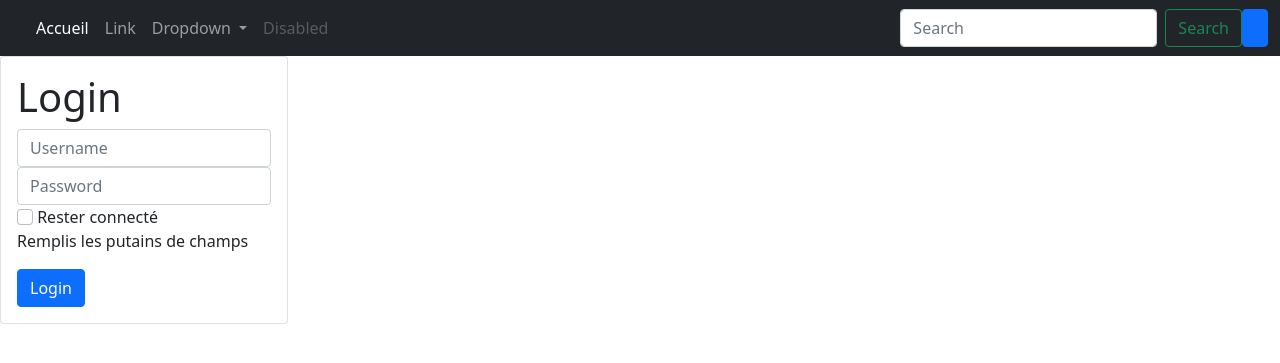
Repository: Mini-T/php-propre
Page: http://localhost/FormLogin.php
These files come from the project's save history. The page is drawn as it stood at one moment and after the next save; the edit follows.
The browser window is 1280 px wide. The pictures show the whole page.
The page is run by PHP 8.4 with error messages shown; the project is at /var/www/html/.

Above is the page before, as saved 2021-03-11 01:16:57.

After the next save:
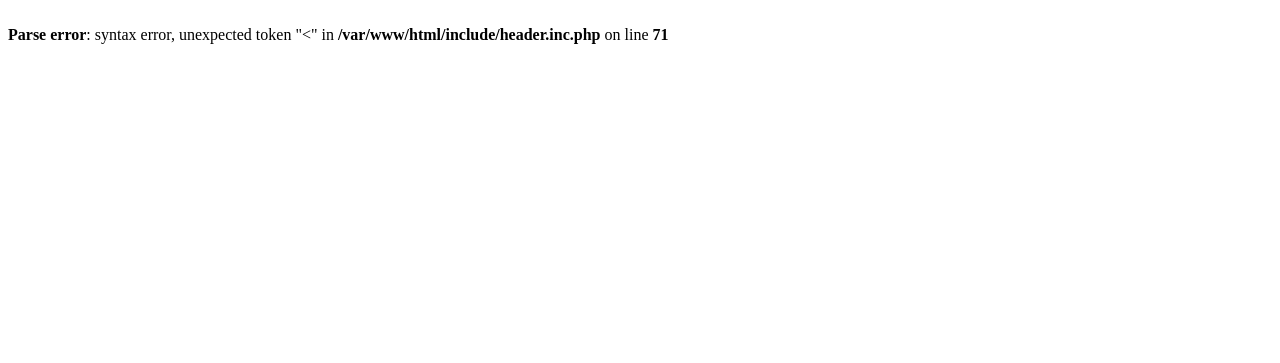
Saved 78 s later.
--- a/proj/include/header.inc.php
+++ b/proj/include/header.inc.php
@@ -67,7 +67,8 @@
                 <form class="d-flex">
                     <input class="form-control me-2" type="search" placeholder="Search" aria-label="Search">
                     <button class="btn btn-outline-success" type="submit">Search</button>
-                    <button class="btn btn-primary Login"></button>
+                    <?php if(isset($_SESSION['Username']))
+                    <button class="btn btn-primary Logout">Logout</button>
                 </form>
             </div>
         </div>
